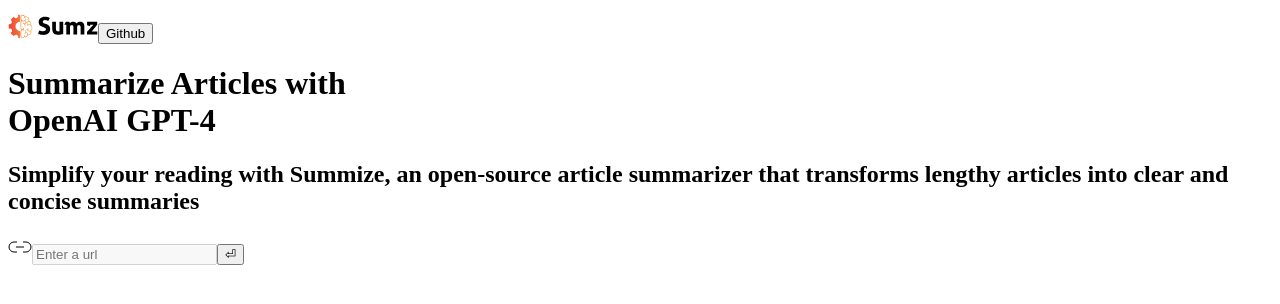
Repository: specialobyno/chatgpt-4
Page: /
The author's editor kept a copy of each file at every save. The page is drawn from the files as they stood at one save, then again after the next save.
The browser window is 1280 px wide. The pictures show the whole page.
Some web fonts or font styles are not loaded; a fallback is used. The project was rebuilt for these pictures with package versions that can differ from the ones it lists, and the page was loaded fresh each time. Also part of the build but not shown: vite.config.ts.

Above is the page before, as saved 2023-04-24 00:29:04.

After the next save:
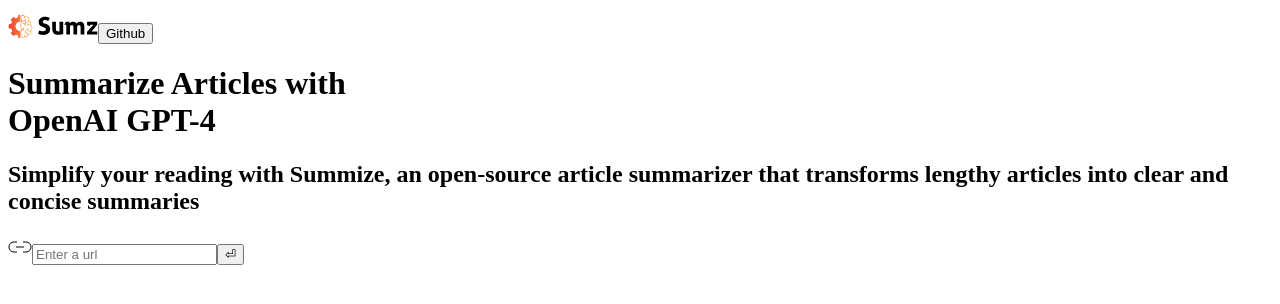
Saved 2 min 22 s later.
--- a/src/components/Demo.tsx
+++ b/src/components/Demo.tsx
@@ -26,7 +26,6 @@
             value={article.url}
             onChange={(e) => setArticle({ ...article, url: e.target.value })}
             required
-            disabled={true}
             className="url_input peer text-green-900"
           />
           <button type="submit" className="submit_btn peer-focus:border-gray-700 peer-focus:text-gray-700">
